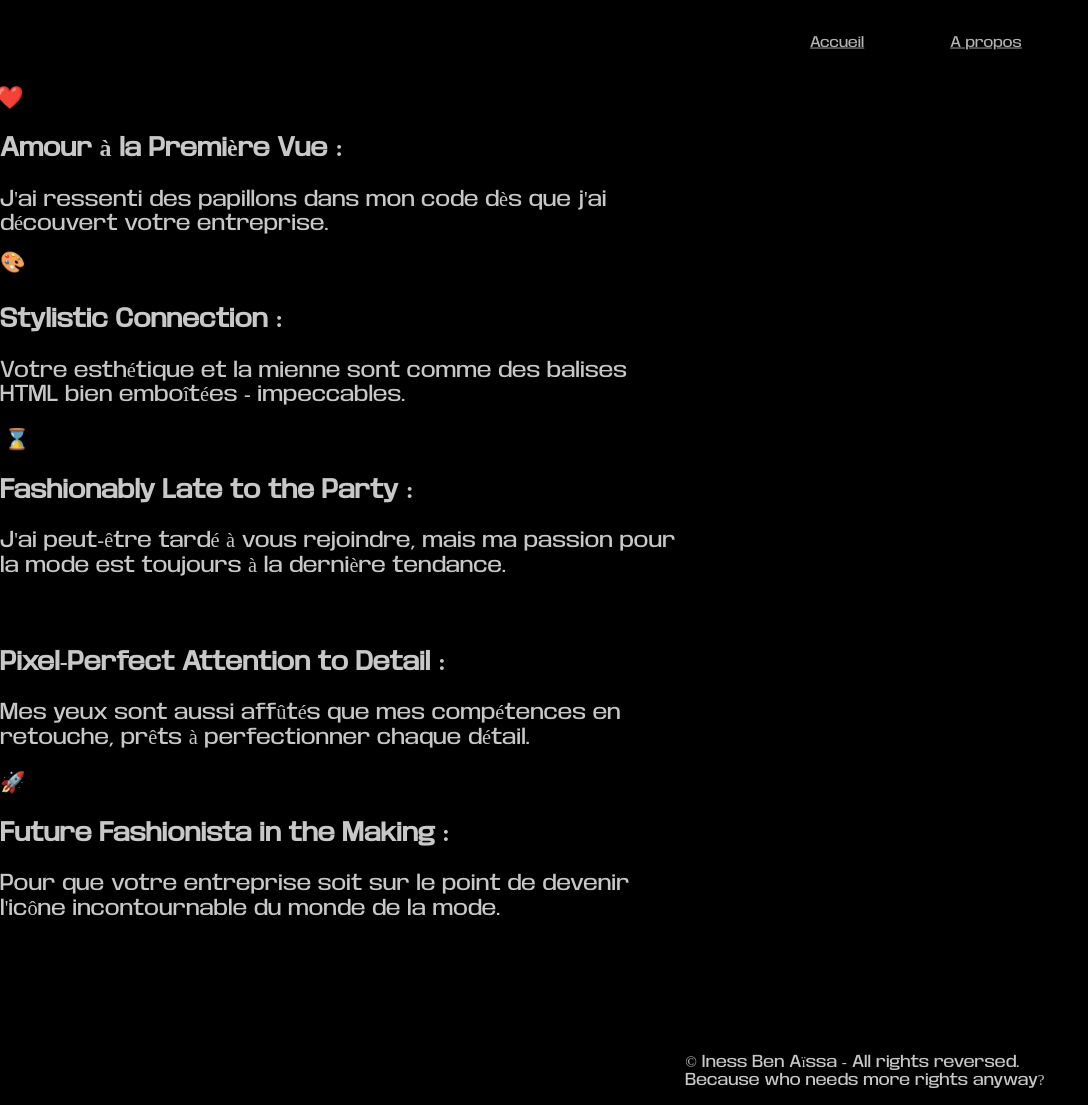
Repository: inessben/application
Page: company/company.html
These files come from the project's save history. The page is drawn as it stood at one moment and after the next save; the edit follows.
The browser window is 1280 px wide. The pictures show the whole page, at 85% of full size.

Above is the page before, as saved 2023-12-04 02:59:10.

### company/company.html
<!DOCTYPE html>
<html lang="en">
<head>
    <meta charset="UTF-8">
    <meta name="viewport" content="width=device-width, initial-scale=1.0">
    <!-- generate the icon -->
    <link rel="apple-touch-icon" sizes="180x180" href="/favicon/apple-touch-icon.png">
    <link rel="icon" type="image/png" sizes="32x32" href="/favicon/favicon-32x32.png">
    <link rel="icon" type="image/png" sizes="16x16" href="/favicon/favicon-16x16.png">
    <link rel="manifest" href="/favicon/site.webmanifest">
    <link rel="mask-icon" href="/favicon/safari-pinned-tab.svg" color="#5bbad5">
    <meta name="msapplication-TileColor" content="#da532c">
    <!--  -->
    <meta name="theme-color" content="#ffffff">
    <title>#slowlyApplication</title>
    <link rel="stylesheet" href="company.css">

</head>
<body>
    <section id="nav-header">
        <header class="links">
            <a href="/index.html" class="link">Accueil</a>
            <a href="/about/about.html" class="link">A propos</a>
        </header>
    </section>
    <section id="creative-section">
        <section id="sentences">
            <div id="heart-animation">❤️</div>
            <h3>Amour à la Première Vue :</h3>
            <p>J'ai ressenti des papillons dans mon code dès que j'ai découvert votre entreprise.</p>
        </section>

        <section id="sentences">
            <div id="stylistic-connection-animation">🎨</div>
            <h3>Stylistic Connection :</h3>
            <p>Votre esthétique et la mienne sont comme des balises HTML bien emboîtées - impeccables.</p>
        </section>

        <section id="sentences">
            <div id="fashionably-late-animation">⌛</div>
            <h3>Fashionably Late to the Party :</h3>
            <p>J'ai peut-être tardé à vous rejoindre, mais ma passion pour la mode est toujours à la dernière tendance.</p>
        </section>


        <section id="sentences">
            <div id="pixel-perfect-animation">🔍</div>
            <h3>Pixel-Perfect Attention to Detail :</h3>
            <p>Mes yeux sont aussi affûtés que mes compétences en retouche, prêts à perfectionner chaque détail.</p>
        </section>

        <section id="sentences">
            <div id="future-fashionista-animation">🚀</div>
            <h3>Future Fashionista in the Making :</h3>
            <p>Pour que votre entreprise soit sur le point de devenir l'icône incontournable du monde de la mode.</p>
        </section>
    </section>



    <footer>
        <p>© Iness Ben Aïssa - All rights reversed. Because who needs more rights anyway?</p>
    </footer>

</body>
</html>

### company/company.css
@font-face {
    font-family: "Jolley";
    src: url("/fonts/jolley.woff");
    }

@font-face {
    font-family: "Base Neue";
    src: url("/fonts/base-neue.ttf");
    }

::-webkit-scrollbar {
    width: 8px;
    }

::-webkit-scrollbar-track {
    background-color: #000;
    }

::-webkit-scrollbar-thumb {
    background-color: #4b4b4b;
    border-radius: 4px;
    }

::-webkit-scrollbar-thumb:hover {
    opacity: 0.7;
    }

html {
    scroll-behavior: smooth;
    }

body {
font-family: "Base Neue";
    margin: 0;
    padding: 0;
    display: flex;
    align-items: center;
    justify-content: center;
    height: 100vh;
    background-color: #000000;
    color: #c8c8c8;
    font-size: 24px;
    }

#nav-header {
        position: absolute;
        top: 30px;
        right: 20px;
        font-size: 16px;
        font-weight: 500;
        padding: 10px;
    }

.link {
    padding: 8px;
    text-decoration: #b3b3b3 underline;
    color: #b3b3b3;
    margin: auto 40px;
    }

.link:hover {
        opacity: 0.7;
    }

#creative-section{
    position: relative;
    height: 100vh;
    top: 100px;
}

#heart-animation {
    width: 100px;
    animation: heartbeat 1.5s infinite;
    }

#stylistic-connection-animation {
    animation: styleConnection 2s infinite alternate;
    }

#fashionably-late-animation {
    animation: fashionablyLate 1s infinite alternate;
    }

#pixel-perfect-animation {
    animation: pixelPerfect 1.5s infinite alternate;
    }

#future-fashionista-animation {
    animation: futureFashionista 2s infinite alternate;
    }

@keyframes heartbeat {
    0%, 100% {
    transform: scale(1);
    }
    50% {
    transform: scale(1.1);
    }
}

@keyframes styleConnection {
    0% {
    transform: translateY(0);
    }
    100% {
    transform: translateY(-10px);
    }
}

@keyframes fashionablyLate {
    0% {
    transform: translateX(0);
    }
    100% {
    transform: translateX(5px);
    }
}

@keyframes pixelPerfect {
    0% {
    transform: scaleX(1);
    }
    100% {
    transform: scaleX(1.1);
    }
}

@keyframes futureFashionista {
    0% {
    opacity: 0.8;
    }
    100% {
    opacity: 1;
    }
}

footer{
    position: relative;
    top: 900px;
    display: flex;
    font-size: 18px;
    align-items: center;
    justify-content: center;
    }

After the next save:
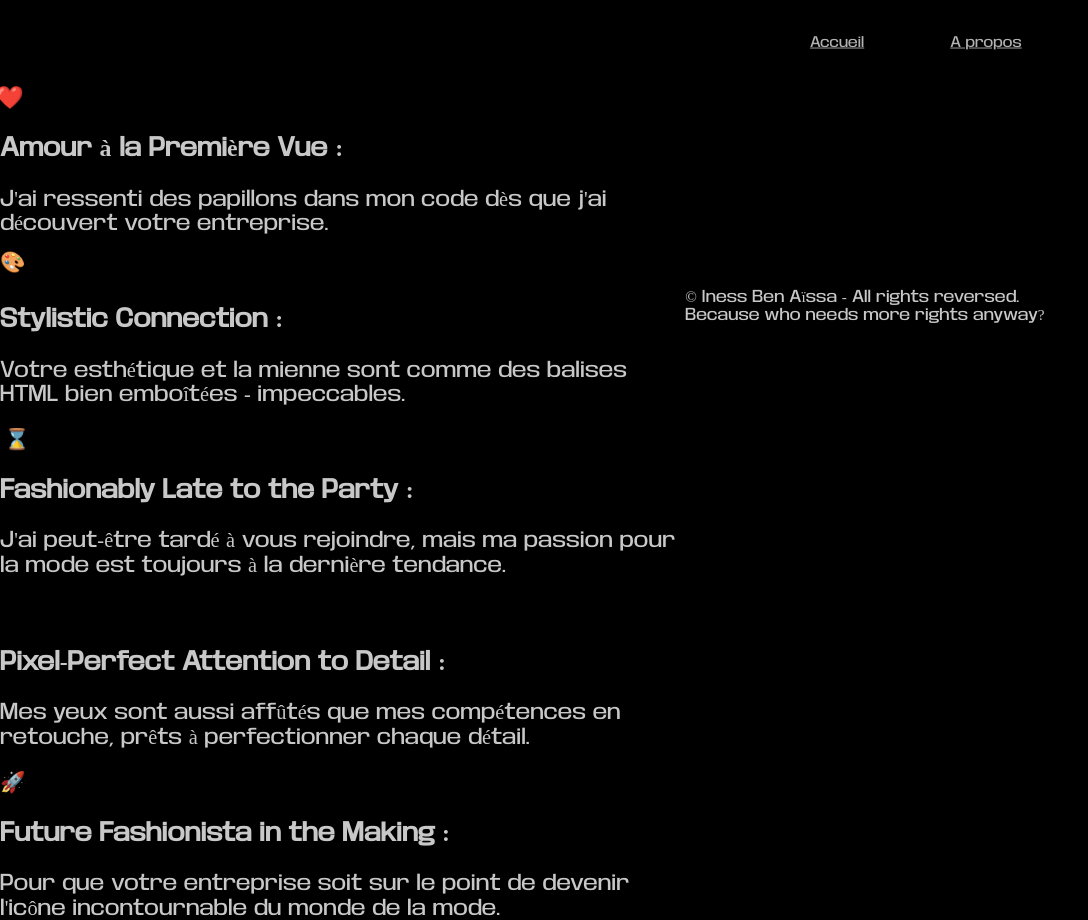
Saved 21 s later.
--- a/company/company.css
+++ b/company/company.css
@@ -135,10 +135,12 @@ font-family: "Base Neue";
 }
 
 footer{
-    position: relative;
+    /* position: relative; */
     top: 900px;
+    align-items: center;
+    justify-content: center;
     display: flex;
     font-size: 18px;
-    align-items: center;
-    justify-content: center;
+    /* align-items: center; */
+    /* justify-content: center; */
     }
